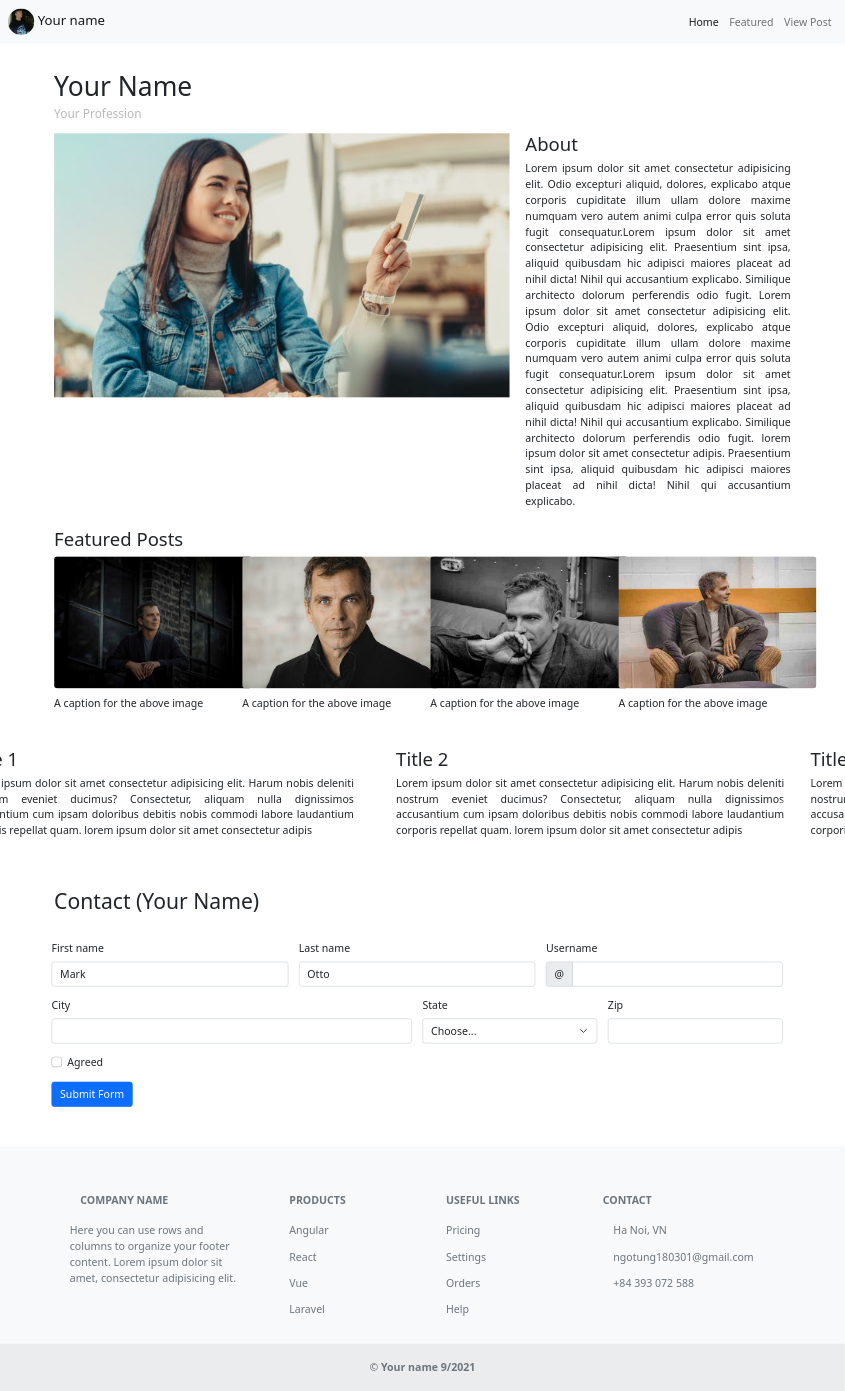
Repository: nvt01/72_1951061106_NgoVanTung
Page: BaiTh1/index.html
These files come from the project's save history. The page is drawn as it stood at one moment and after a run of saves; the edit follows.
The browser window is 1280 px wide. The pictures show the whole page, at 66% of full size.

Above is the page before, as saved 2021-12-01 10:42:58.

After the next 4 saves:
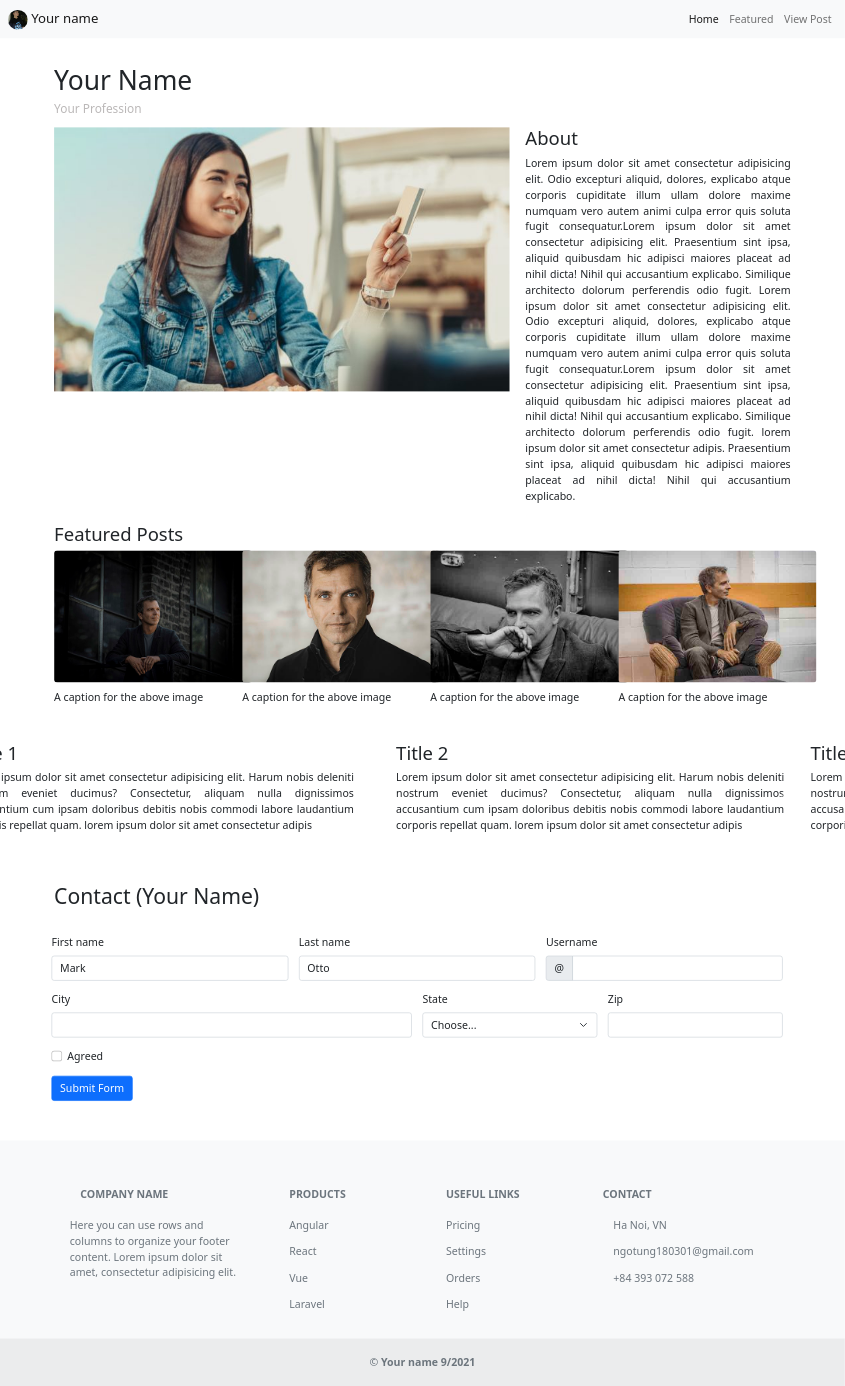
The 4 saves are shown as one change because they came seconds apart.
The last was saved 25 s later.
--- a/BaiTh1/style.css
+++ b/BaiTh1/style.css
@@ -66,5 +66,8 @@
 }
 
 @media screen and (min-width: 1024px) {
-
+    .nav-img {
+        width: 30px;
+        height: 30px;
+    }
 }

After the 3 saves that followed:
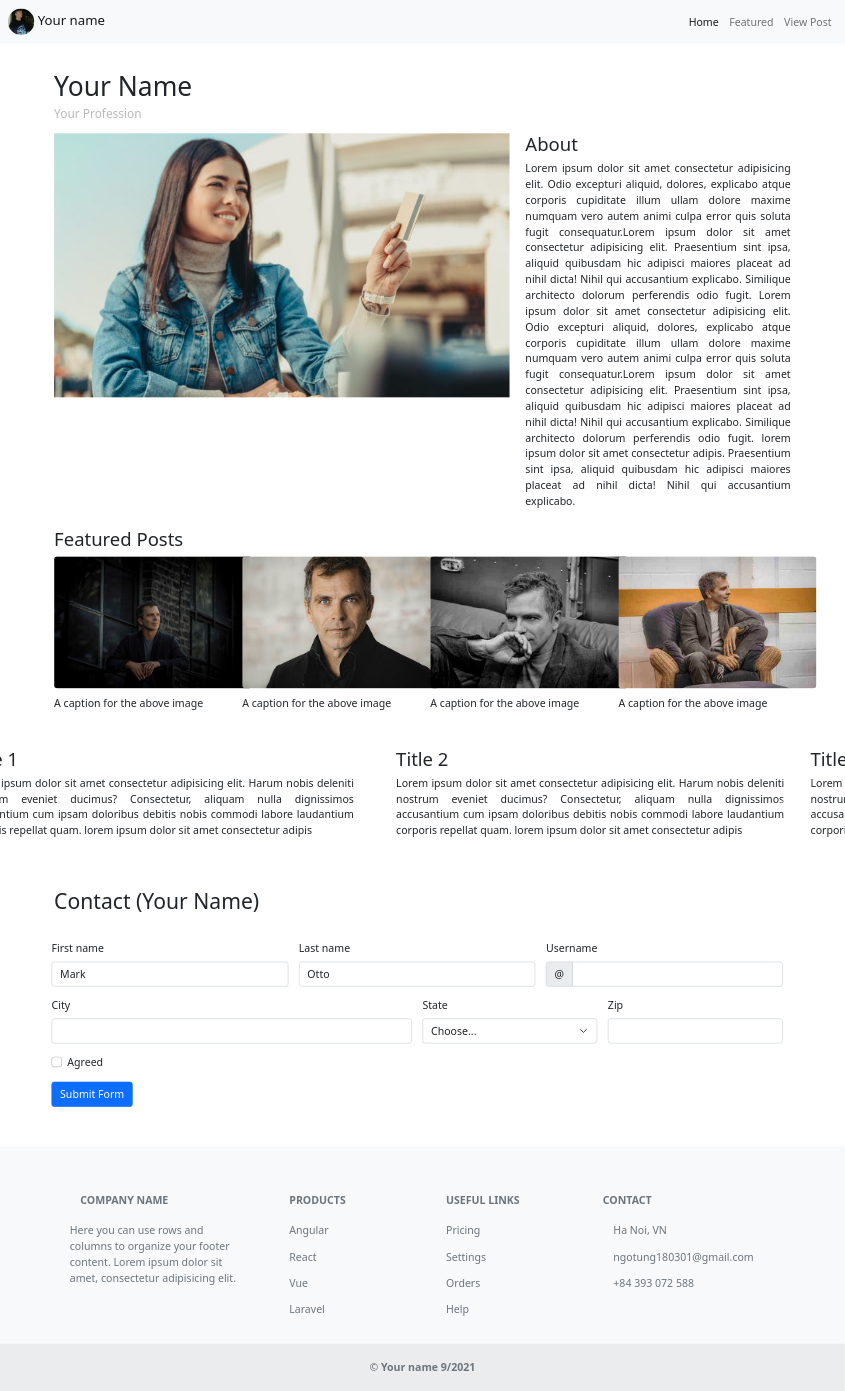
The 3 saves are shown as one change because 1 left the picture as it was and some came seconds apart.
The last was saved 19 s later.
--- a/BaiTh1/style.css
+++ b/BaiTh1/style.css
@@ -65,7 +65,7 @@
     color: var(--text-color);
 }
 
-@media screen and (min-width: 1024px) {
+@media screen and (max-width: 1024px) {
     .nav-img {
         width: 30px;
         height: 30px;
